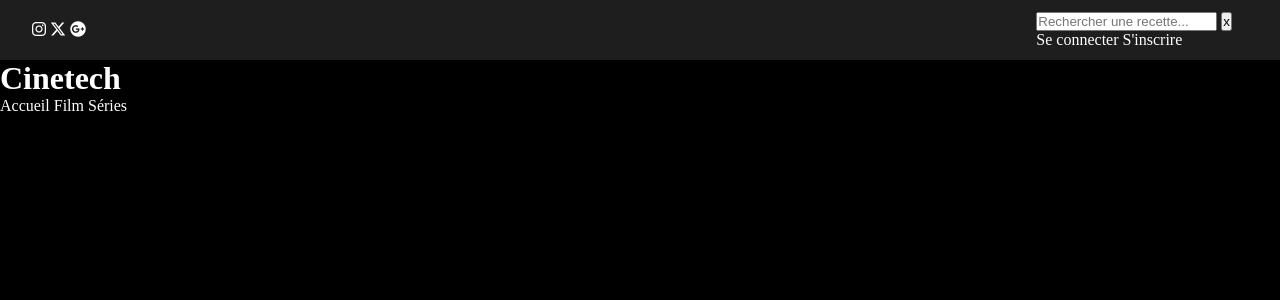
Repository: karim-sebih/cinetech
Page: index.html
An editor plug-in stored every save of this project. The page is shown before and after a run of saves, followed by the edit.
The browser window is 1280 px wide. The pictures show the whole page.
Some web libraries are served in a nearby version.

Above is the page before, as saved 2025-04-21 12:53:45.

### index.html
<!DOCTYPE html>
<html lang="fr">
<head>
    <meta charset="UTF-8">
    <meta name="viewport" content="width=device-width, initial-scale=1.0">
    <link rel="stylesheet" href="styles/index.css">
    <script src="https://kit.fontawesome.com/ca3234fc7d.js" crossorigin="anonymous"></script>
</script>
    <title>Cinetech</title>
</head>
<body>
    <header>
        <nav class="navbar">
            <div class="buttons">
                <a href="#"><i class="fa-brands fa-instagram"></i></a>

                <a href="#"><i class="fa-brands fa-x-twitter"></i></a>

                <a href="#"><i class="fa-brands fa-google-plus"></i></a>
            </div>
            <div class="search-container">
                <input type="text" id="search-bar" placeholder="Rechercher une recette..." autocomplete="off">
                <button id="clear-search">x</button>
                <div id="suggestions" class="suggestion-box"></div>

                <div class="sign">
                    <a href="#">Se connecter</a>
                    <a href="#">S'inscrire</a>
                </div>
        </nav>
    </header>
    <div class="secondnav">
        <div class="logo">
            <H1>Cinetech</H1>
        </div>
        <div class="nav">
            <a href="/index.html">Accueil</a>

            <a href="./pages/film.html">Film</a>

            <a href="./pages/séries.html">Séries</a>
        </div>
    </div>

</body>

<script src="./js/index.js"></script>


</html>

### styles/index.css
* {
    margin: 0;
    padding: 0;
    box-sizing: border-box;
  }


  a {
    text-decoration: none;
    color: white;
    font-family: "kodchasan";
  }

  body {
    margin: 0;
    width: 100%;
    min-height: 100vh;
    overflow-x: auto;
    background-color: black;
    color: white;
  }

  /* Nav bar */

  a{
    text-decoration: none;
    color: white;
  }

  a:hover{
  color: red;
  }

  header{
  position: relative;
  padding: 0 2rem;
  background-color: rgb(31, 30, 30);
  }

  .navbar {
  width: 100%;
  max-width: 1200px;
  height: 60px;
  margin: 0;
  display: flex;
  align-items: center;
  justify-content: space-between;
  gap: 100px;
  }

Loaded but not shown: js/index.js (no copy from this time; the picture is the same without it)

After the next 12 saves:
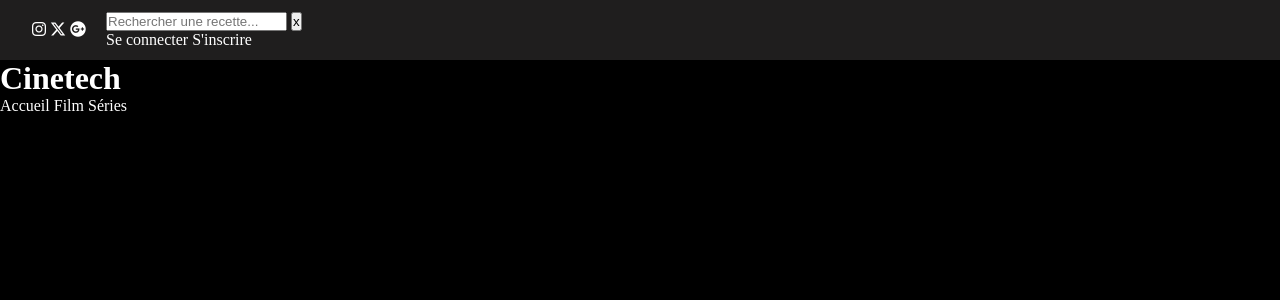
The 12 saves are shown as one change because they came seconds apart.
The last was saved 24 s later.
--- a/styles/index.css
+++ b/styles/index.css
@@ -44,6 +44,6 @@
   margin: 0;
   display: flex;
   align-items: center;
-  justify-content: space-between;
-  gap: 100px;
+gap: 20px;
+
   }
